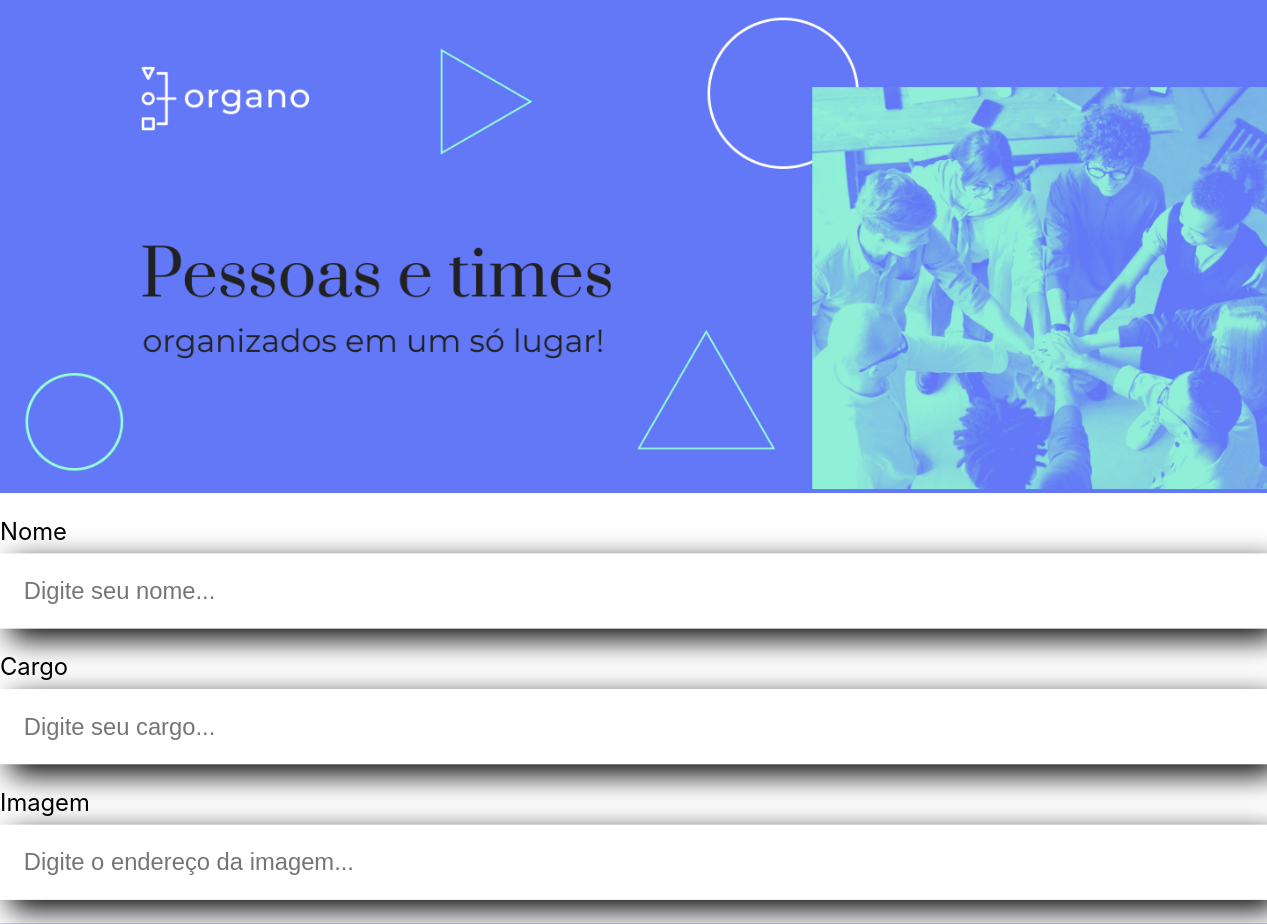
Repository: Joao-Carlos-Garcia-DEV/organo
Page: /
An editor plug-in stored every save of this project. The page is shown before and after the next save, followed by the edit.
The browser window is 1280 px wide. The pictures show the whole page, at 99% of full size.
The project was rebuilt for these pictures with package versions that can differ from the ones it lists, and the page was loaded fresh each time. Also part of the build but not shown: src/Componentes/Formulario/Formulario.css.

Above is the page before, as saved 2024-07-09 19:02:50.

After the next save:
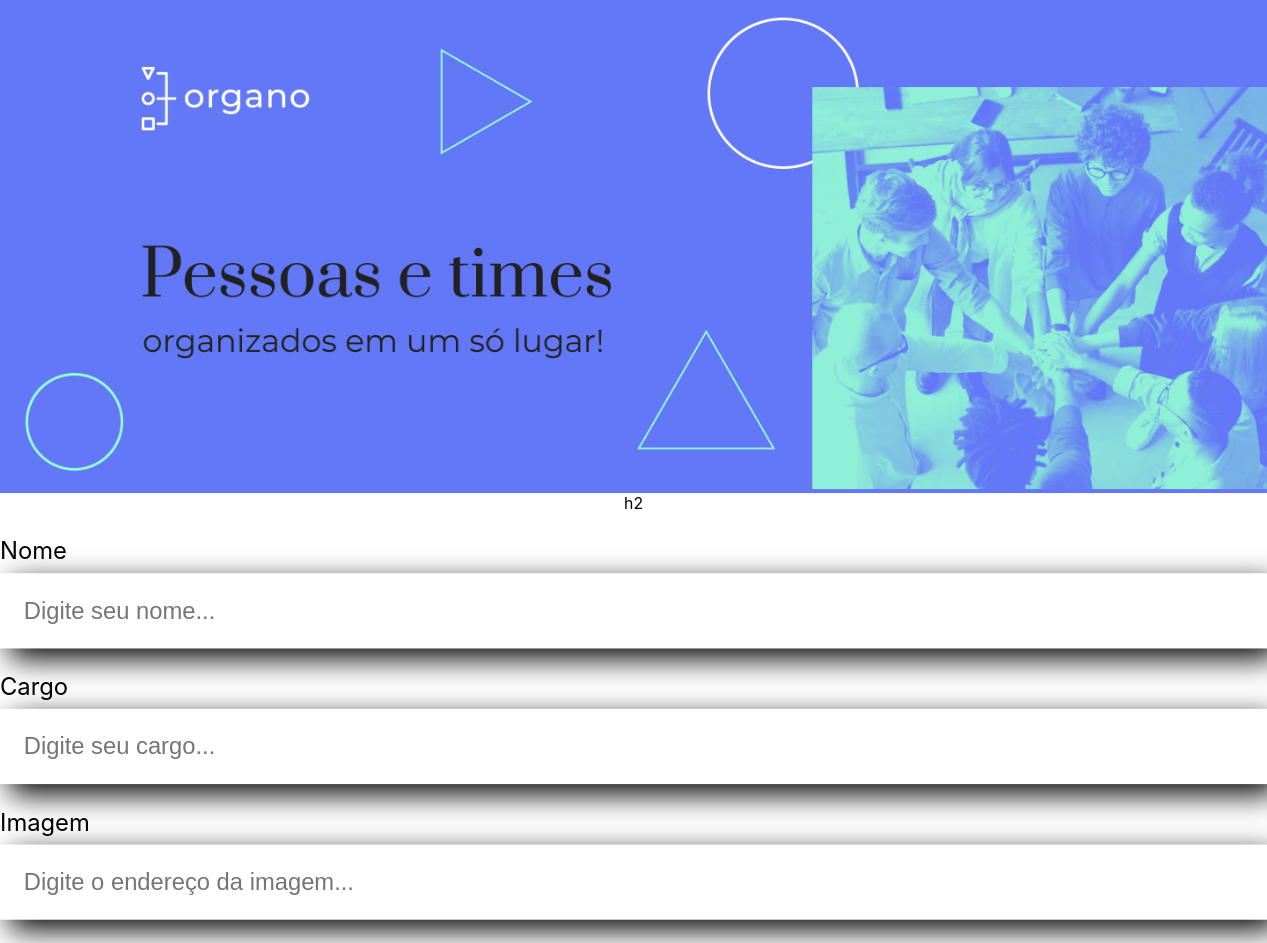
Saved 109 s later.
--- a/src/Componentes/Formulario/Index.js
+++ b/src/Componentes/Formulario/Index.js
@@ -5,6 +5,7 @@ const Formulario = () => {
     return (
         <section>
             <form>
+                h2
                 <CampoTexto label="Nome" placeholder="Digite seu nome" />
                 <CampoTexto label="Cargo" placeholder="Digite seu cargo" />
                 <CampoTexto label="Imagem" placeholder="Digite o endereço da imagem" />
